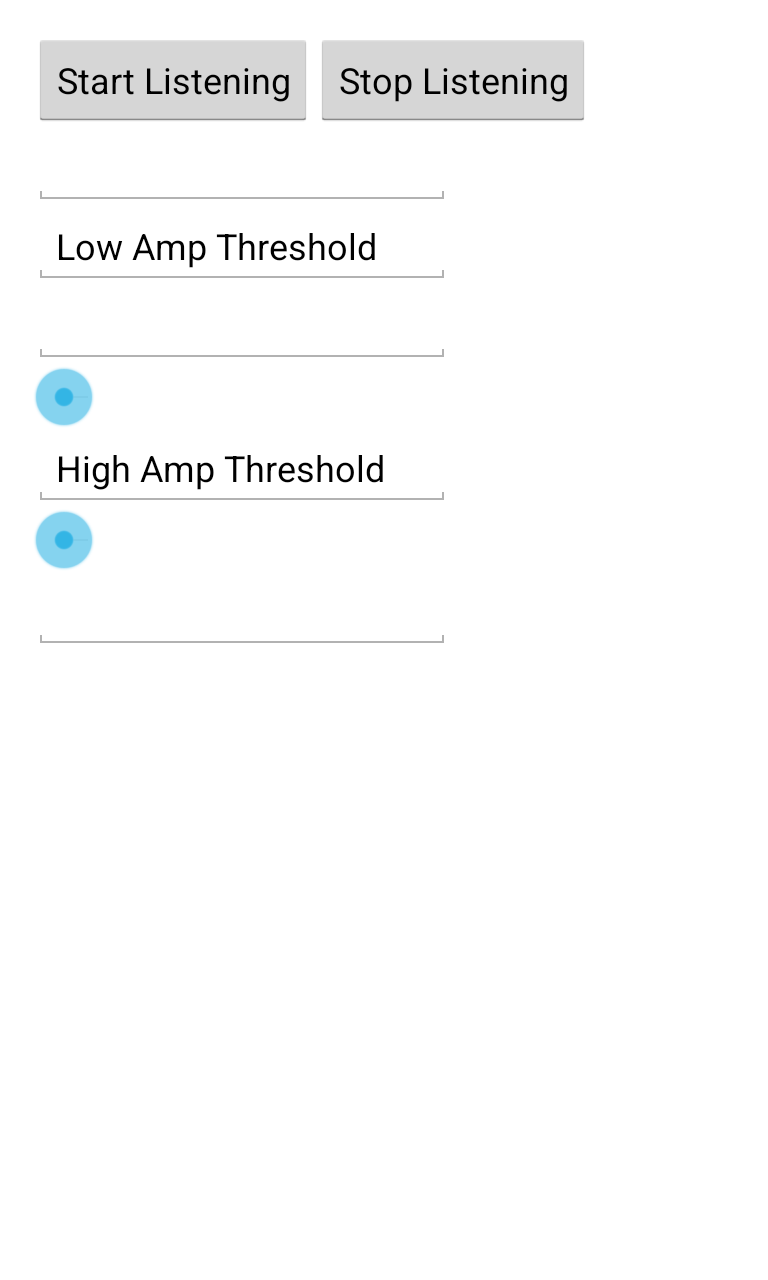
Repository: kmcgain/AutoVolume
Layout: AutoVolume/res/layout/activity_main.xml
The author's editor kept a copy of each file at every save. The layout is drawn from the files as they stood at one save, then again after the next save.
It is drawn on a 768 x 1280 px phone screen (xhdpi) without system bars, with theme AppTheme; the app's code is not run.

Above is the layout before, as saved 2014-01-13 11:08:54.

After the next save:
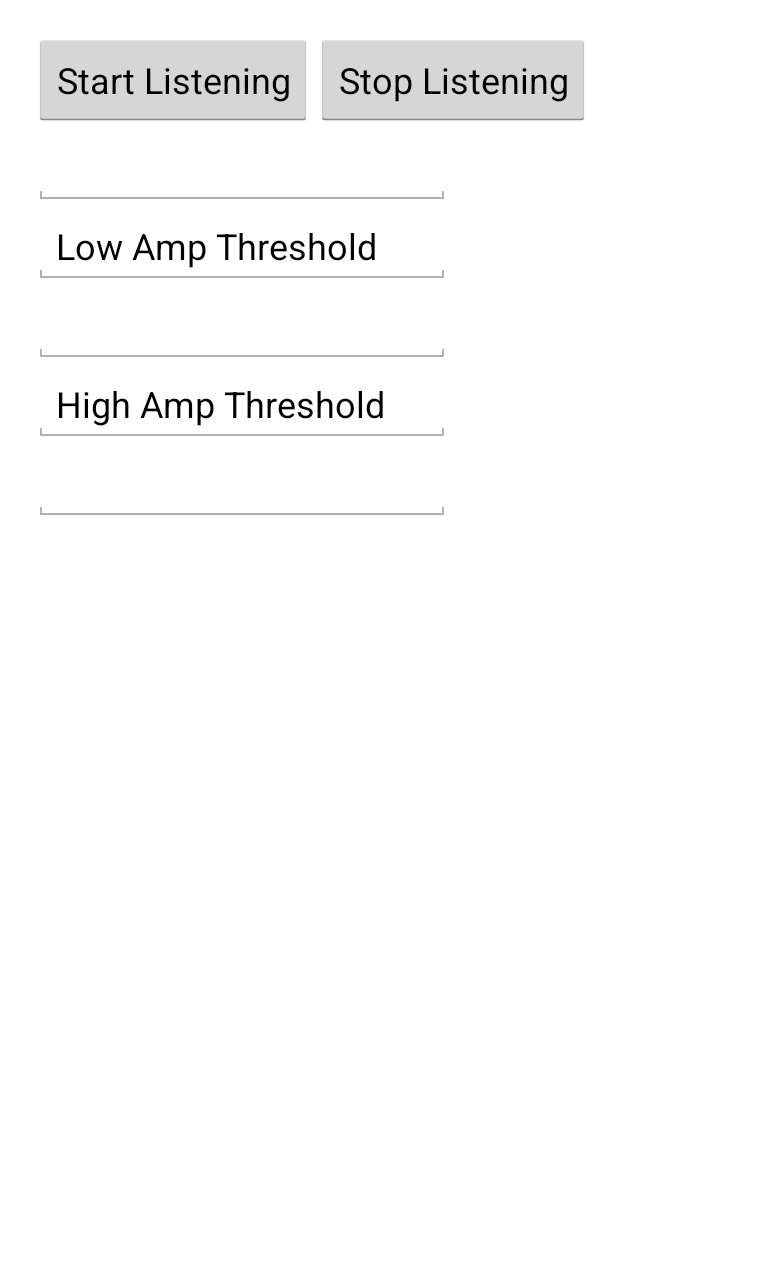
Saved 2 min 36 s later.
--- a/AutoVolume/res/layout/activity_main.xml
+++ b/AutoVolume/res/layout/activity_main.xml
@@ -47,10 +47,13 @@
         android:layout_height="wrap_content"
         android:ems="10" />
 
-    <SeekBar
-        android:id="@+id/seekBarHighThreshold"
-        android:layout_width="wrap_content"
-        android:layout_height="wrap_content" />
+    <LinearLayout >
+    	<SeekBar
+	        android:id="@+id/seekBarHighThreshold"
+	        android:layout_width="wrap_content"
+	        android:layout_height="wrap_content" />
+		<EditText android:id="@+id/highThresholdValue" />"
+    </LinearLayout>
 
     <EditText
         android:id="@+id/editText1"
@@ -59,10 +62,13 @@
         android:ems="10"
         android:text="High Amp Threshold" />
 
-    <SeekBar
-        android:id="@+id/seekBarLowThreshold"
-        android:layout_width="wrap_content"
-        android:layout_height="wrap_content"/>
+    <LinearLayout >
+	   <SeekBar
+	       android:id="@+id/seekBarLowThreshold"
+	       android:layout_width="wrap_content"
+	       android:layout_height="wrap_content"/>
+		<EditText android:id="@+id/highThresholdValue" />
+	</LinearLayout>
 
     <EditText
         android:id="@+id/editText2"

After the 2 saves that followed:
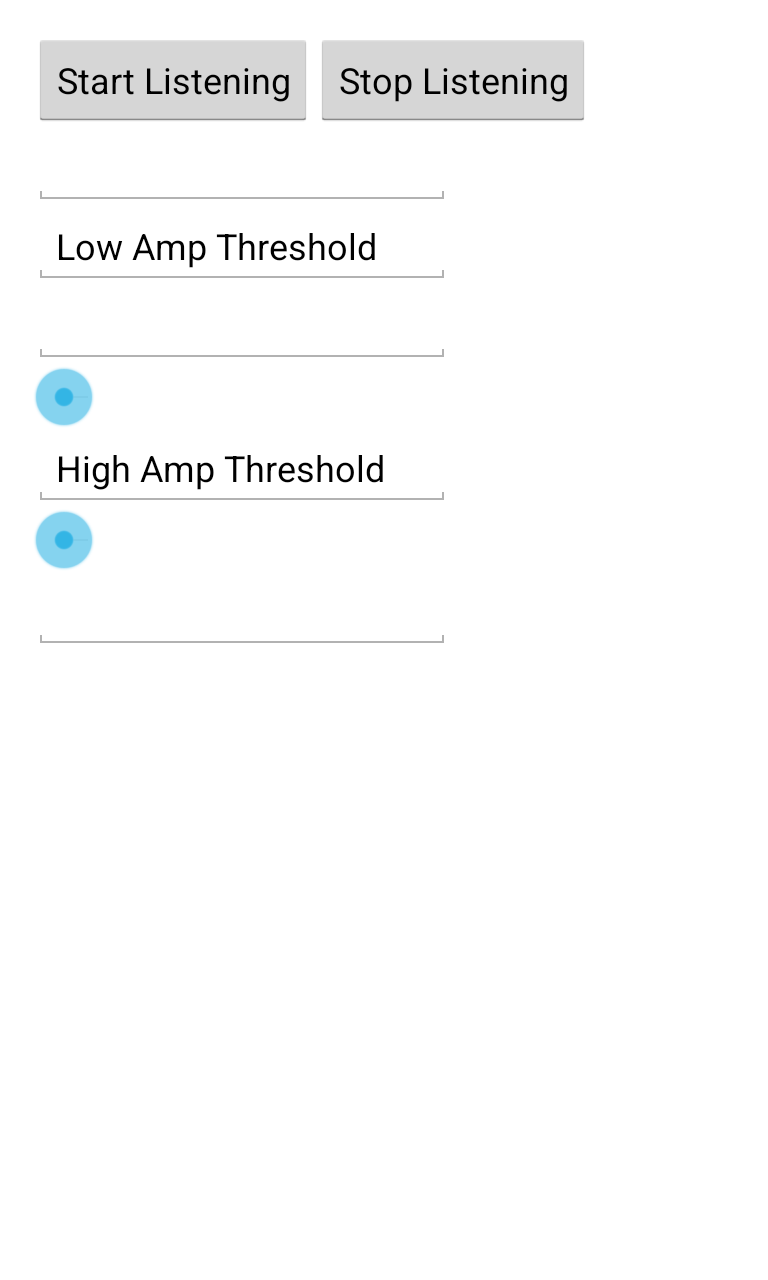
The 2 saves are shown as one change because 1 left the picture as it was.
The last was saved 118 s later.
--- a/AutoVolume/res/layout/activity_main.xml
+++ b/AutoVolume/res/layout/activity_main.xml
@@ -47,7 +47,9 @@
         android:layout_height="wrap_content"
         android:ems="10" />
 
-    <LinearLayout >
+    <LinearLayout
+        android:layout_width="match_parent"
+        android:layout_height="wrap_content">
     	<SeekBar
 	        android:id="@+id/seekBarHighThreshold"
 	        android:layout_width="wrap_content"
@@ -62,12 +64,14 @@
         android:ems="10"
         android:text="High Amp Threshold" />
 
-    <LinearLayout >
+    <LinearLayout
+        android:layout_width="match_parent"
+        android:layout_height="wrap_content">
 	   <SeekBar
 	       android:id="@+id/seekBarLowThreshold"
 	       android:layout_width="wrap_content"
 	       android:layout_height="wrap_content"/>
-		<EditText android:id="@+id/highThresholdValue" />
+		<EditText android:id="@+id/lowThresholdValue" />
 	</LinearLayout>
 
     <EditText
